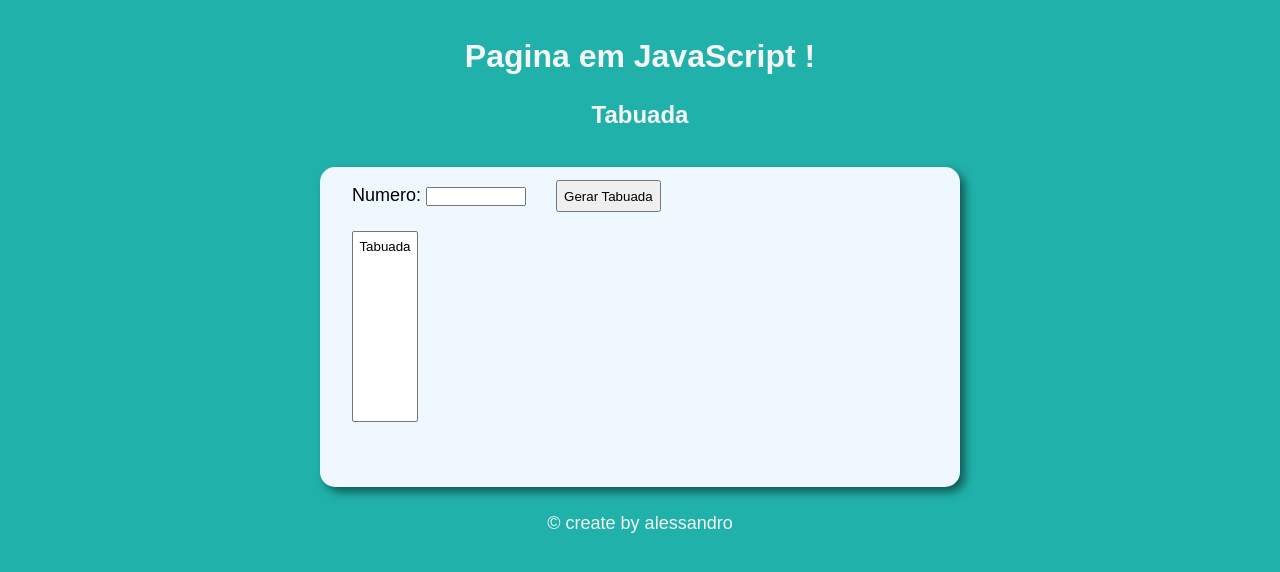
Repository: raphaanunes/codigos
Page: Cursos JavaScript/exercício/tabuada/test-tabuada.html
These files come from the project's save history. The page is drawn as it stood at one moment and after the next save; the edit follows.
The browser window is 1280 px wide. The pictures show the whole page.

Above is the page before, as saved 2024-08-11 13:14:02.

After the next save:
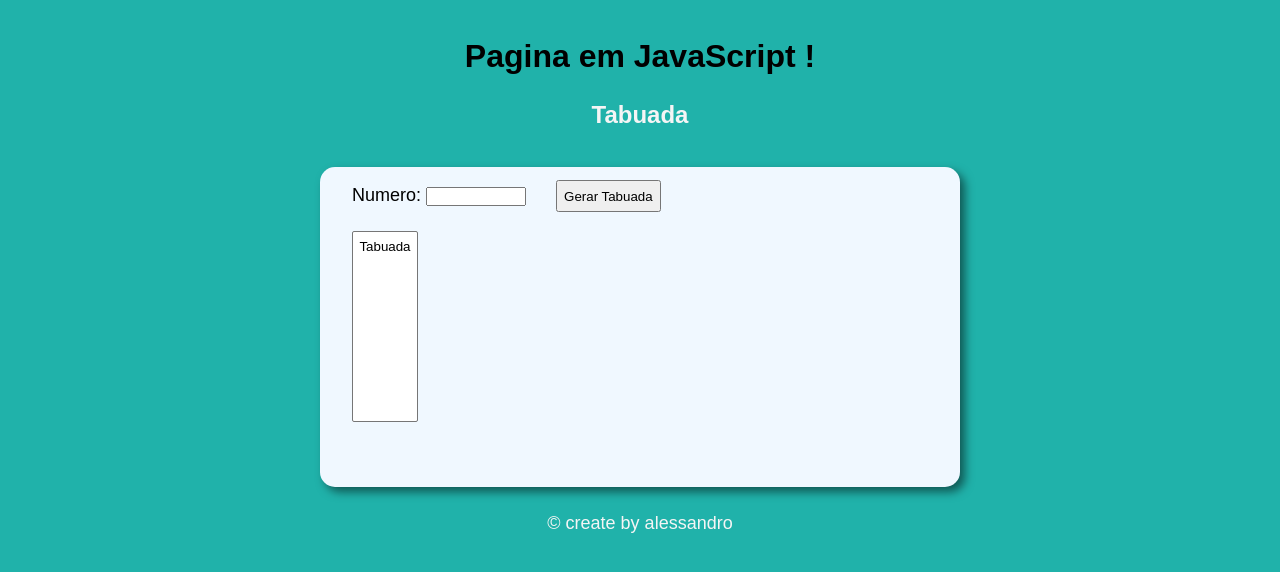
Saved 7 s later.
--- a/Cursos JavaScript/exercício/tabuada/test-tabuada.css
+++ b/Cursos JavaScript/exercício/tabuada/test-tabuada.css
@@ -28,7 +28,7 @@ h1 {
     font-size: xx-large;
     text-align: center;
     margin-top: 3%;
-    color: whitesmoke;
+    color: black;
 }
 
 h2 {
